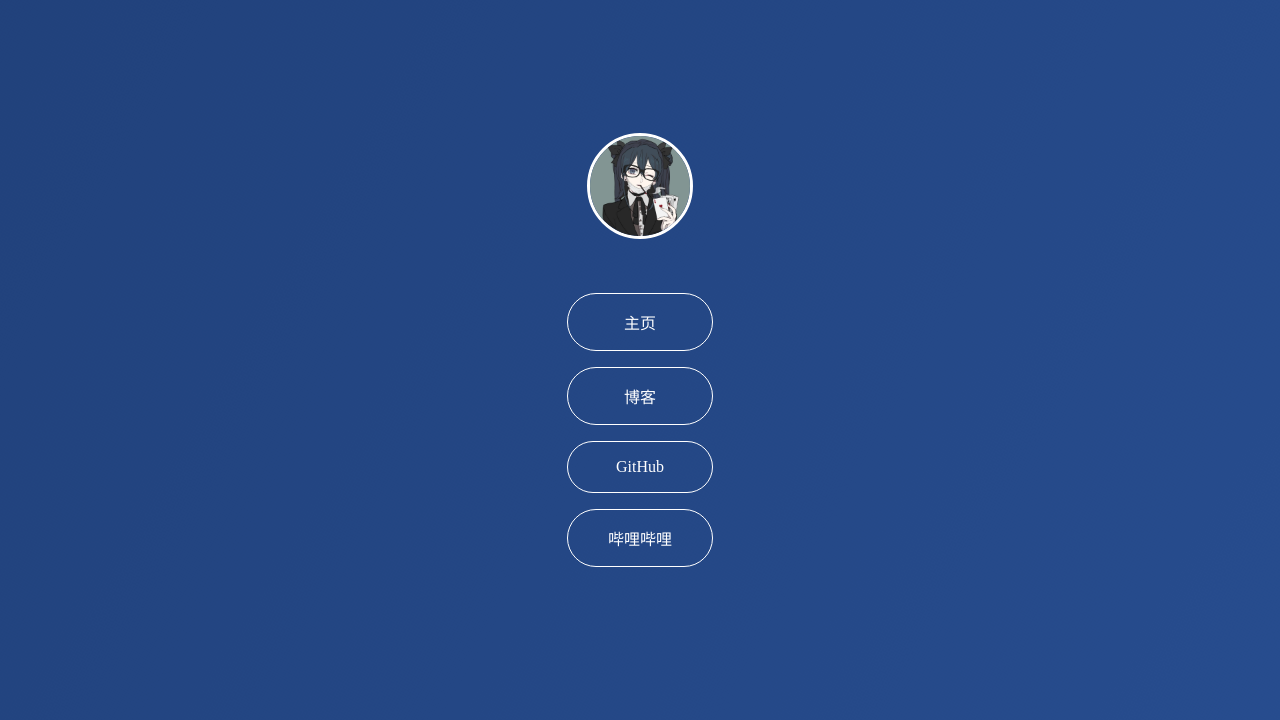
Repository: MarginLon/marginlon.github.io
Page: index.html
The author's editor kept a copy of each file at every save. The page is drawn from the files as they stood at one save, then again after the next save.
The browser window is 1280 px wide. The pictures show the whole page.

Above is the page before, as saved 2022-09-24 09:45:46.

### index.html
<!----

# Navigation
# By: Dreamer-Paul
# Last Update: 2022.3.11

一个简单的个人首页，让你的朋友方便快捷的，找到你在各站点的社交链接

本代码为奇趣保罗原创，并遵守 MIT 开源协议。欢迎访问我的博客：https://paugram.com



 * Navigation changed from https://paugram.com
 * @author: MarginLon
 * @since: 2022-09-24
 * index.html

---->

<!DOCTYPE html>
<html>

<head>
    <meta charset="UTF-8">
    <title>奇趣保罗</title>
    <link href="static/32.png" rel="icon" sizes="32x32" />
    <link href="static/192.png" rel="icon" sizes="192x192" />
    <meta name="viewport" content="width=device-width, maximum-scale=1, initial-scale=1" />
    <style>
        html,
        body,
        main {
            height: 100%;
        }

        body {
            margin: 0;
            user-select: none;
            font: lighter 16px "微软雅黑";
        }

        body:before {
            content: '';
            z-index: -1;
            width: 3000px;
            height: 3000px;
            display: block;
            position: fixed;
            top: calc(50% - 1500px);
            left: calc(50% - 1500px);
            animation: bg-rotate 15s infinite linear;
            /* background: linear-gradient(45deg, #20b57d 40%, #258ec5 60%); */
            /* background: linear-gradient(45deg, #30cfd0 0%, #330867 100%); */
            /* background-image: linear-gradient(-20deg, #b721ff 0%, #21d4fd 100%); */
            background-image: linear-gradient(to top, #1e3c72 0%, #1e3c72 1%, #2a5298 100%);
        }

        @keyframes bg-rotate {
            0% {
                transform: rotate(0)
            }

            100% {
                transform: rotate(360deg)
            }
        }

        a {
            text-decoration: none;
        }

        main {
            display: table;
            margin: 0 auto;
        }

        .content {
            padding-top: 50px;
            padding-bottom: 70px;
            text-align: center;
            display: table-cell;
            vertical-align: middle;
        }

        .logo {
            margin-bottom: 50px;
        }

        .logo img {
            height: auto;
            max-width: 100px;
            border-radius: 100%;
            border: 3px solid #fff;
            transition: transform 0.3s;
        }

        .logo img:hover {
            transform: scale(1.1, 1.1) rotate(1turn);
        }

        .links {
            max-width: 300px;
        }

        .links a {
            color: #fff;
            display: block;
            min-width: 80px;
            padding: 1em 2em;
            text-align: center;
            margin-bottom: 1em;
            border-radius: 100px;
            border: #fff 1px solid;
            transition: background 0.3s, color 0.3s, opacity 0.3s, transform 0.3s;
        }

        .links a:hover {
            color: #258ec5;
            background: #fff;
            transform: scale(1.1, 1.1);
        }

        .links a:active {
            opacity: 0.7;
            transform: scale(0.9, 0.9);
        }

        .links a:last-child {
            margin-bottom: 0;
        }

        footer {
            left: 0;
            right: 0;
            bottom: 0;
            color: #fff;
            position: fixed;
            text-align: center;
        }

        footer a {
            color: inherit;
        }
    </style>
</head>

<body>
    <main class="container">
        <div class="content">
            <div class="logo">
                <img src="static/avatar.jpg" alt="MarginLon" />
            </div>
            <div class="links">
                <a href="https://https://www.marginlon.zone">主页</a>
                <a href="https://https://www.marginlon.zone/blog/">博客</a>
                <!-- <a href="http://weibo.com/234891753/" target="_blank">微博</a> -->
                <!-- <a href="http://music.163.com/#/user/home?id=7041859" target="_blank">网易云</a> -->
                <!-- <a href="http://steamcommunity.com/id/dreamer-paul/" target="_blank">Steam</a> -->
                <a href="https://github.com/MarginLon/" target="_blank">GitHub</a>
                <a href="https://space.bilibili.com/2008016" target="_blank">哔哩哔哩</a>
            </div>
        </div>
    </main>
    <!-- <footer>
        <p>©
            <script>document.write(new Date().getFullYear())</script> By <a href="https://paugram.com"
               target="_blank">Dreamer-Paul</a>.
        </p>
    </footer> -->
</body>

</html>

After the next save:
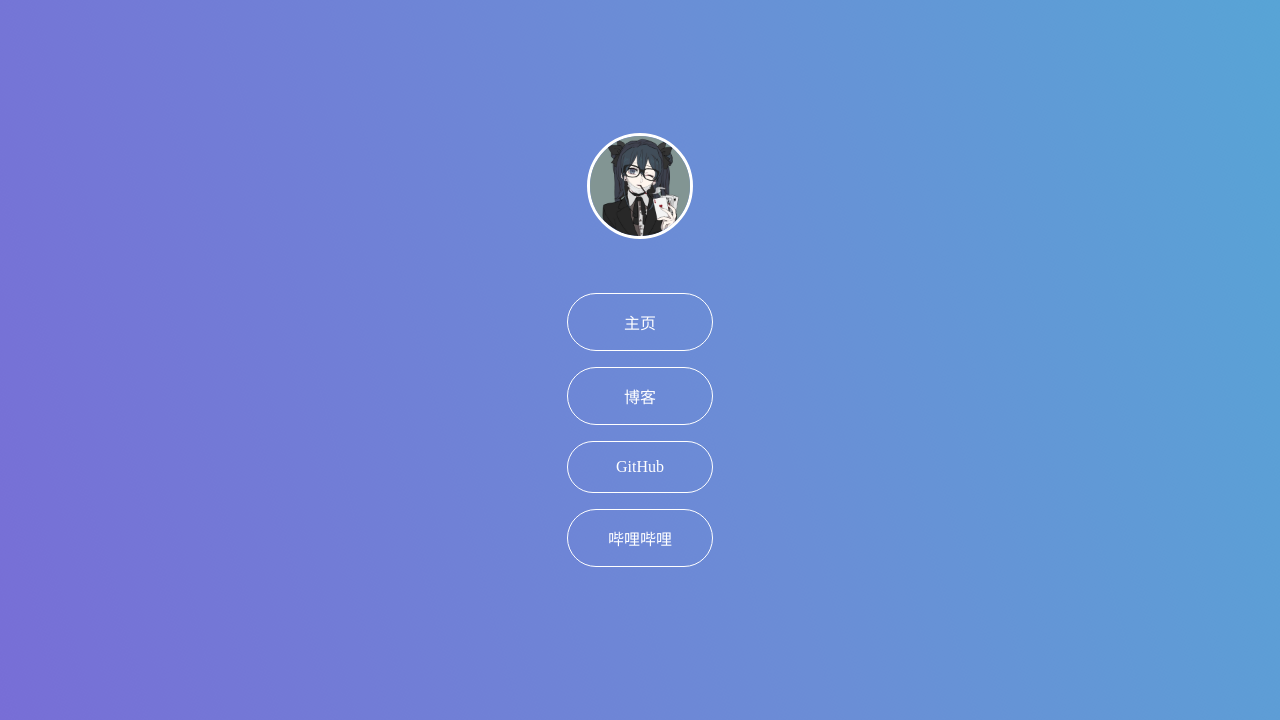
Saved 46 s later.
--- a/index.html
+++ b/index.html
@@ -53,6 +53,7 @@
             /* background: linear-gradient(45deg, #30cfd0 0%, #330867 100%); */
             /* background-image: linear-gradient(-20deg, #b721ff 0%, #21d4fd 100%); */
             background-image: linear-gradient(to top, #1e3c72 0%, #1e3c72 1%, #2a5298 100%);
+            background-image: linear-gradient(-225deg, #2CD8D5 0%, #6B8DD6 48%, #8E37D7 100%);
         }
 
         @keyframes bg-rotate {
